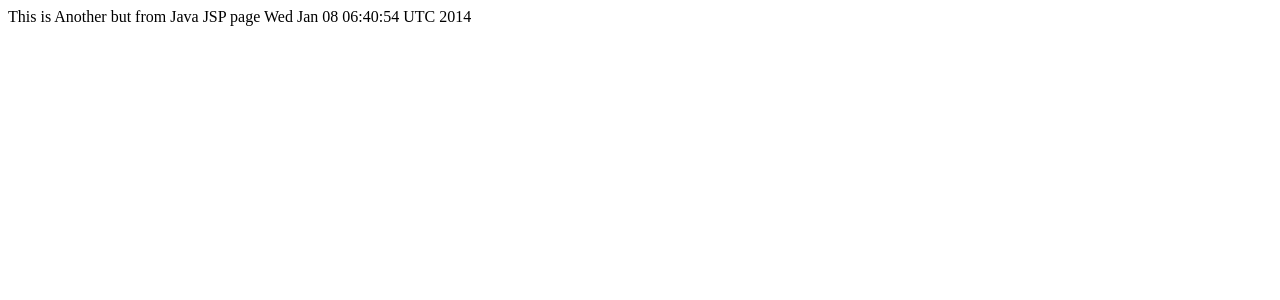
Repository: kotak86/ServaletAndJSP
Page: http://localhost/JavaEEWorld/HelloJSP.jsp
An editor plug-in stored every save of this project. The page is shown before and after the next save, followed by the edit.
The browser window is 1280 px wide. The pictures show the whole page.
The page is served by Tomcat 9.

Above is the page before, as saved 2014-01-08 09:08:46.

After the next save:
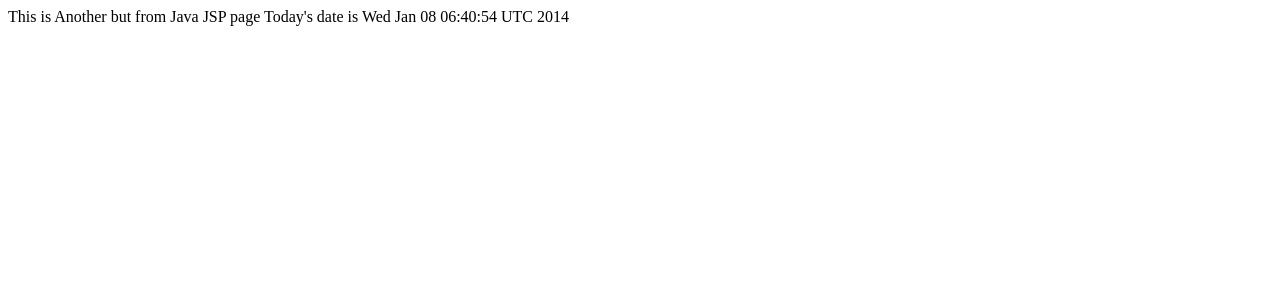
Saved 22 s later.
--- a/JavaEEWorld/WebContent/HelloJSP.jsp
+++ b/JavaEEWorld/WebContent/HelloJSP.jsp
@@ -16,7 +16,7 @@ This is Another but from Java JSP page
 
 java.util.Date today = new java.util.Date();
 
-String text = today.toString();
+String text = "Today's date is " + today.toString();
 
 %>
 
